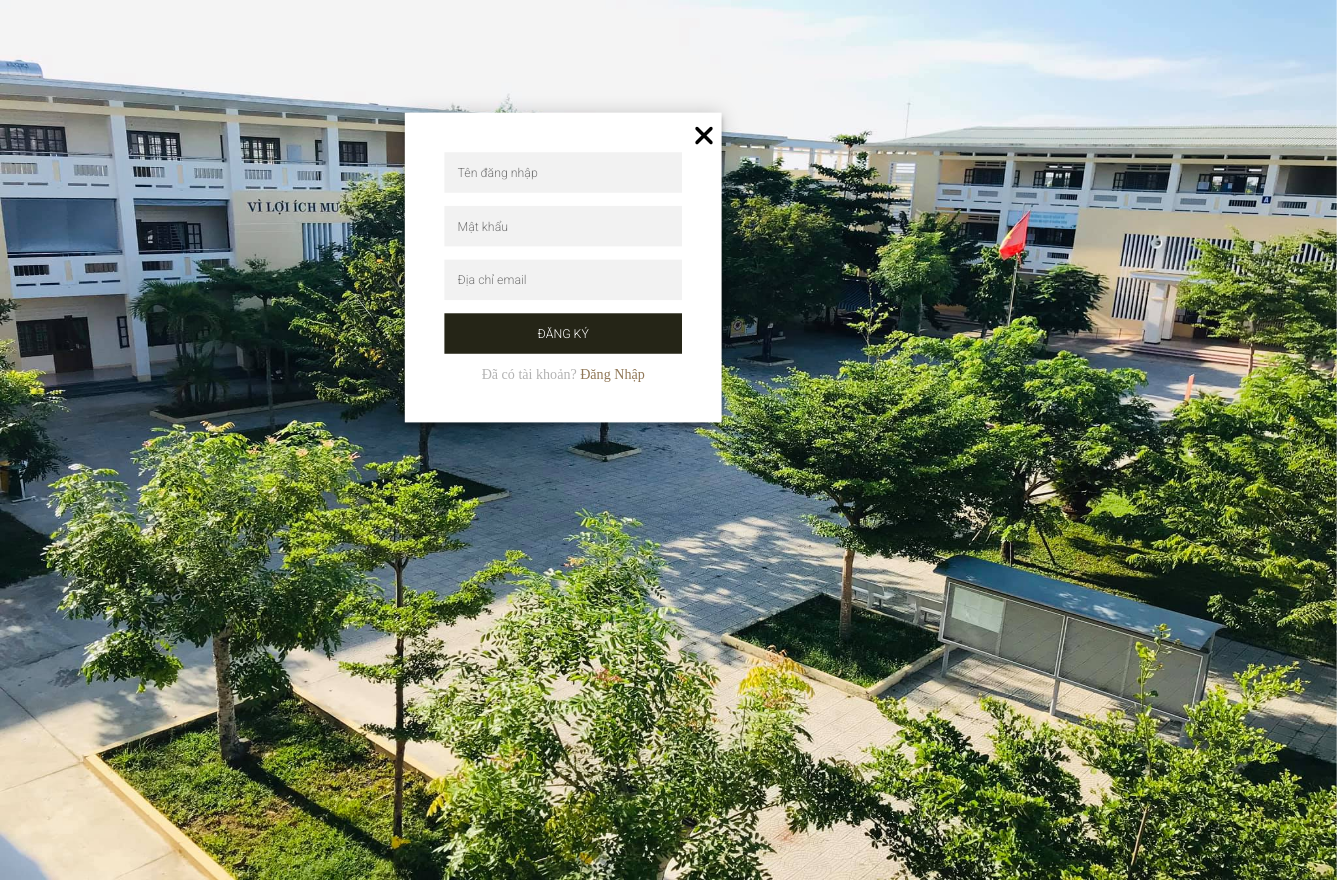
Repository: dphasst17/THPTVCC
Page: login.html
These files come from the project's save history. The page is drawn as it stood at one moment and after the next save; the edit follows.
The browser window is 1280 px wide. The page is 1519 px wide, so the pictures cover 1519 px, including what lies to the right of the window. The pictures show the whole page, at 88% of full size.
Some web libraries are served in a nearby version.

Above is the page before, as saved 2022-10-02 20:23:19.

After the next save:
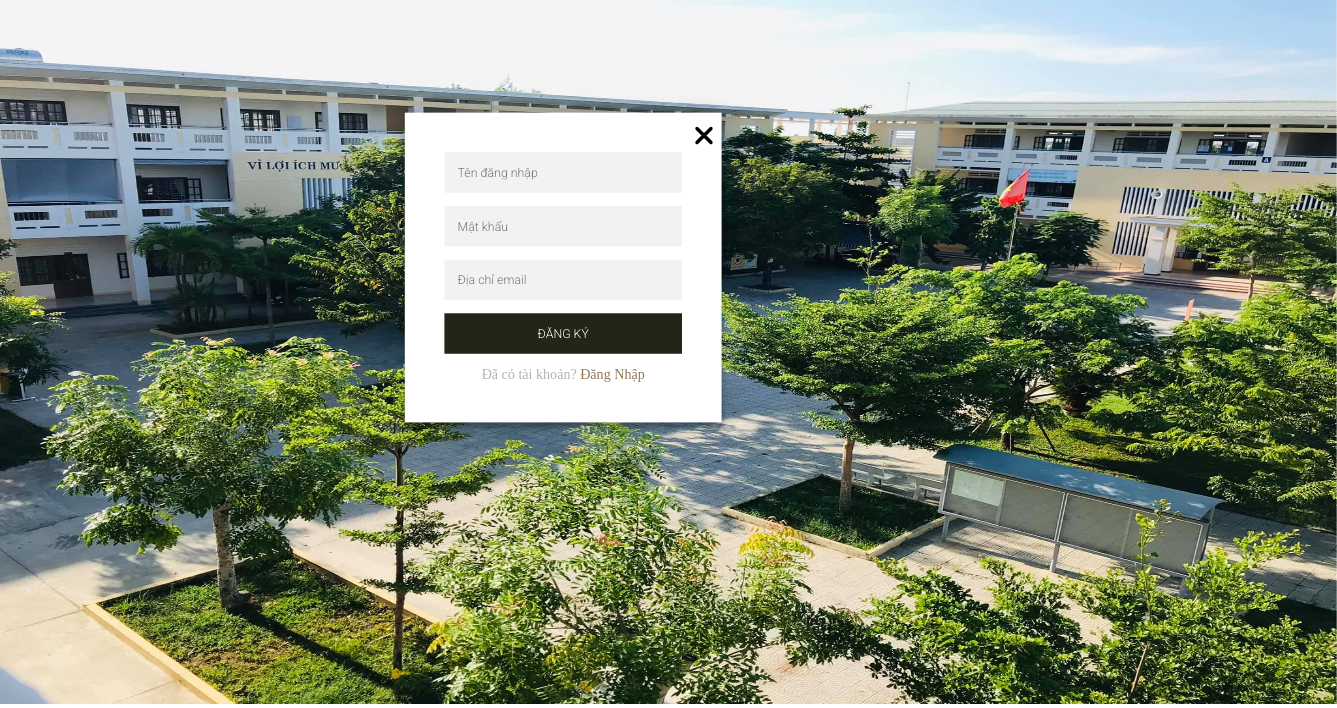
Saved 7 s later.
--- a/login.css
+++ b/login.css
@@ -10,7 +10,7 @@ body{
 }
 .background img{
   width:1519px;
-  height:1000px;
+  height:800px;
 }
 .close{
   width:20px;
